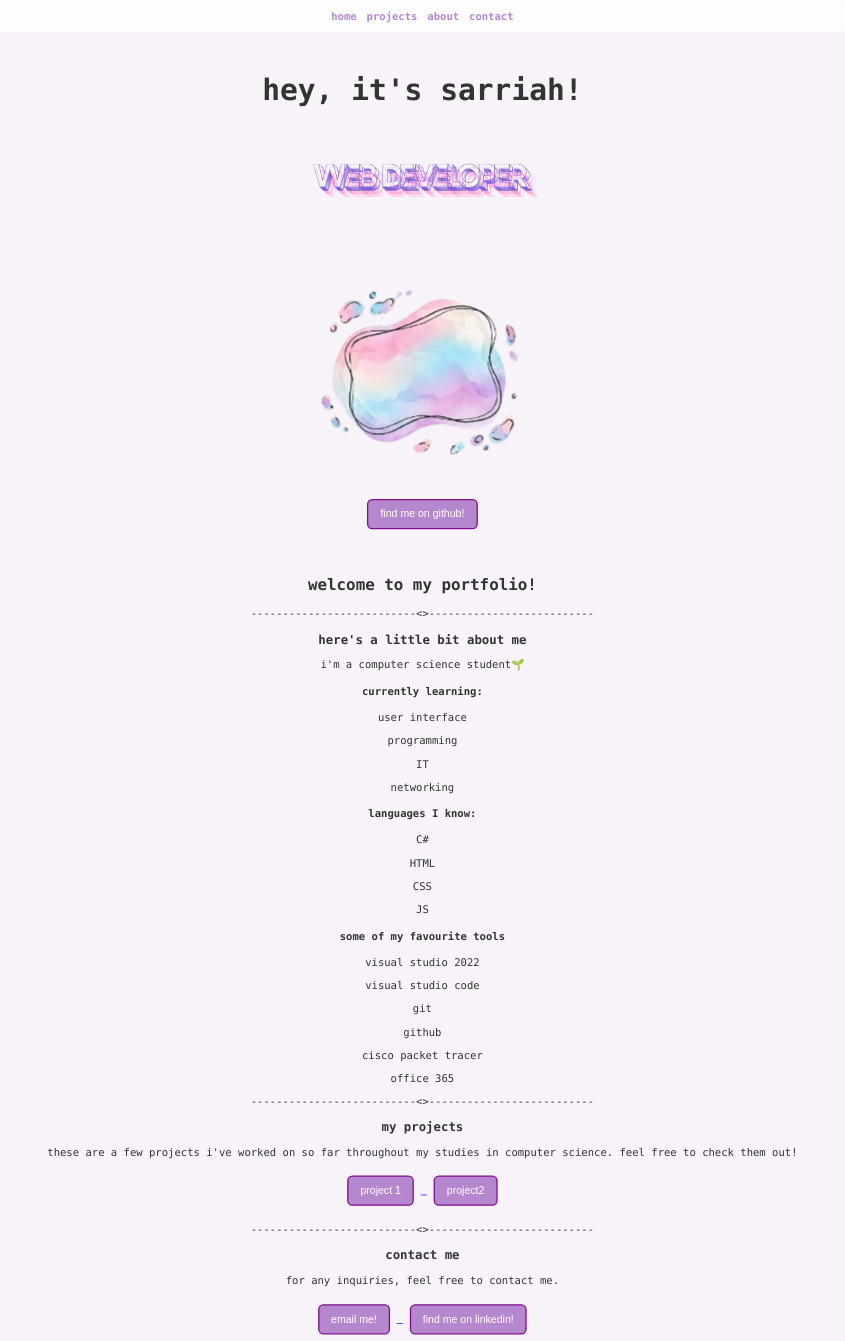
Repository: sarriah/sarriah
Page: homepage.html
The author's editor kept a copy of each file at every save. The page is drawn from the files as they stood at one save, then again after the next save.
The browser window is 1280 px wide. The pictures show the whole page, at 66% of full size.

Above is the page before, as saved 2026-05-15 19:36:43.

### homepage.html
<!DOCTYPE html>
<html lang="en">
<head>
    <meta charset="UTF-8">
    <meta name="viewport" content="width=device-width, initial-scale=1.0">
    <title>sarriah's portfolio</title>

    <!-- CSS file link ) -->
    <link rel="stylesheet" href="styles\index.css">
    <link rel="stylesheet" href="styles\style.css">
</head>

<body>

    <nav class="navBar">
        <!-- nav is good but fixing links later so they go to real sections instead of README PLUS fixing CSS-->
        <a href="homepage.html">home</a>
        <a href="#projects">projects</a>
        <a href="#about">about</a>
        <a href="#contact">contact</a>
    </nav>

    <header>

        <h1 class="hey">hey, it's sarriah!</h1>

        <img class="webdev" src="../../assets/WEBDEV2.png" alt="web development icon">

        <!-- later you might want to style this differently so it doesn’t sit right (css issue)-->
        <img class="splash" src="../../assets/thankyouGEMINI.png" alt="abstract blob design">

        <!-- adding my picture ontop of the splash-->

        <!-- buttons are good but later i might want them inside a container or smt  for better layout control -->
        <button>find me on github!</button>
    </header>

    <main>
        <!-- content should eventually go here -->
        <h2>welcome to my portfolio!</h2>
         <p>--------------------------<>--------------------------</p>
        <section id="about">
        <h3>here's a little bit about me</h3>

        <p>i'm a computer science student🌱 </p>
        <h4>currently learning:</h4>
        <p>user interface </p>
        <p>programming</p>
        <p>IT
        <p>networking</p>

        <h4>languages I know: </h4>
        <p>C#</p>
        <p>HTML </p>
        <p>CSS </p>
        <p>JS</p>

        <h4>some of my favourite tools</h4>
        <p>visual studio 2022</p>
        <p>visual studio code</p>
        <p>git</p>
        <p>github</p>
        <p>cisco packet tracer</p>
        <p>office 365</p>
        </section>

        <p>--------------------------<>--------------------------</p>
        <section id="projects">
        <h3>my projects</h3>
        <p>these are a few projects i've worked on so far throughout my studies in computer science. feel free to check them out!</p>

        <!----project links-->
        <a href="pages/project1.html">
        <button>project 1</button>
        </a>
        <a href="pages/project2.html">
        <button>project2</button>
        </a>
        </section>







         <p>--------------------------<>--------------------------</p>
    </main>

    <footer>
        <section id="contact">
        <h3>contact me</h3>
        <p>for any inquiries, feel free to contact me.</p>
        <a href="mailto:sarriahgoodridge@gmail.com">
        <button>email me!</button>
        </a>

        <a href="https://www.linkedin.com/in/sarriah-goodridge-83776b403" target="_blank">
        <button>find me on linkedin!</button>
        </a>
    </footer>

</body>
</html>

### styles/index.css

/* doing mobile design FIRST because of issues with responsive design i think this will be better*/

.splash {

    width: 90%;
    max-width: 500px;
    margin: 20px auto;
    display: block;
    opacity: 0.9;
    /*using block display lets them sit less awkwardly */

}



.hey {
    font-size: 2.2em;
    margin: 20px 0;


     /* moved from left to center *//
}



.webdev {
    width: 90%;
    max-width: 300px;
    margin: 20px auto;
    display: block;

    /* max width instead of min width */
}



/* using nav tag instead of navBar class for formatting*/
nav {
    display: flex;
    justify-content: center;
    gap: 15px;
    padding: 15px;
    background: #ffffffcc;
    backdrop-filter: blur(5px);
    position: sticky;
    top: 0;
}




.navBar { /* the class is for the design not the formatting */
    text-decoration: none;
    color: #5a3d5c;
    font-weight: bold;
    font-size: 16px;
}

nav a {
    font: inherit;
    color: inherit;
    text-decoration: none;
}




header {
    padding: 40px 20px;
}


button { /* so those b1 and b2 classes from earlier were useless i forgot we could just use the selector lol*/
    background-color: #b587cf;
    border-width: 2px; /* modifying border using these 3 different border properties */
    border-style: solid;
    border-color: rgb(130, 15, 141);
    color: white;
    padding: 12px 18px;
    font-size: 16px;
    margin: 10px;
    border-radius: 8px;
    cursor: pointer;
    transition: 0.2s ease;
}

.project-buttons{
    display: flex;
    flex-direction: column;
    gap: 10px;
}




/* new responsive design chrome dev tools tested lol */
/* Tablet  */
@media (min-width: 600px) {

    .hey {
        font-size: 2.8em;
    }

    .webdev {
        max-width: 350px;
    }
}

/* Desktop  */
@media (min-width: 900px) {

    header {
        max-width: 900px;
        margin: 0 auto;
    }

    .splash {
        max-width: 600px;
    }
}

### styles/style.css
/* moving these to style.css instead of index.css bc they are styles */

body {
    margin: 0;
    font-family:  Consolas, Arial, Verdana, sans-serif;
    background: #f7f3f9;
    color: #333;
    text-align: center;

       /* later i might switch to centered layout for a portfolio look */
}


font-face {
    font-family: Consolas;
    src: url('../fonts/Consolas.ttf') format('truetype');
    font-weight: normal;
    font-style: normal;
}

.navBar:hover {
    color: #b587cf;
}


button:hover {
    background-color: #9f6fc0;
    transform: translateY(-2px); /* this ones so cool omg */
}

html {
    scroll-behavior: smooth;
}

After the next save:
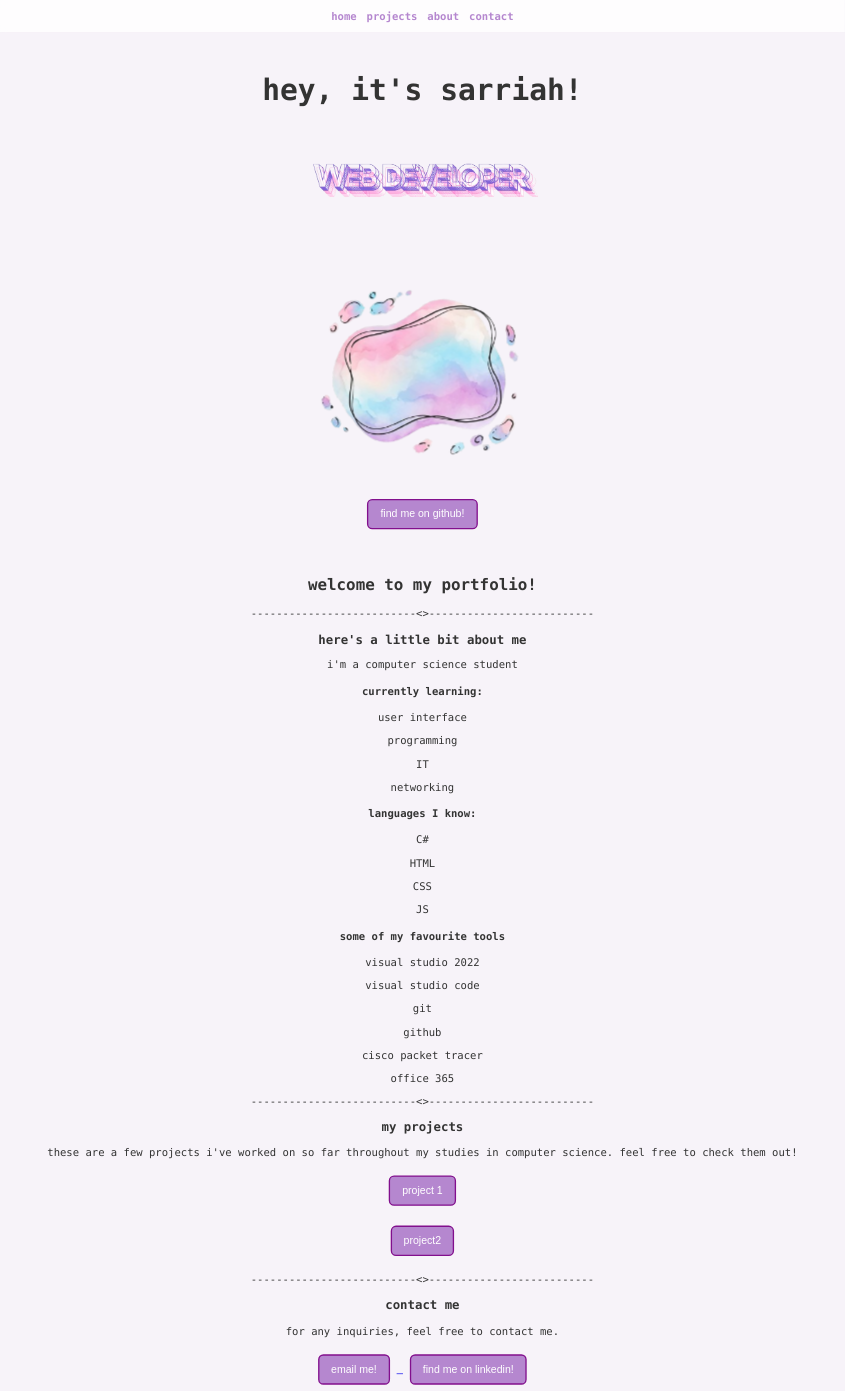
Saved 20 s later.
--- a/homepage.html
+++ b/homepage.html
@@ -18,6 +18,7 @@
         <a href="#projects">projects</a>
         <a href="#about">about</a>
         <a href="#contact">contact</a>
+        <!--okay so using ids instead to point at each section makes it so it scrolls to the right area of the page i thought that was cool-->
     </nav>
 
     <header>
@@ -42,7 +43,7 @@
         <section id="about">
         <h3>here's a little bit about me</h3>
 
-        <p>i'm a computer science student🌱 </p>
+        <p>i'm a computer science student </p>
         <h4>currently learning:</h4>
         <p>user interface </p>
         <p>programming</p>
@@ -65,17 +66,21 @@
         </section>
 
         <p>--------------------------<>--------------------------</p>
+
         <section id="projects">
         <h3>my projects</h3>
         <p>these are a few projects i've worked on so far throughout my studies in computer science. feel free to check them out!</p>
 
         <!----project links-->
+        <div class="project-buttons">
         <a href="pages/project1.html">
         <button>project 1</button>
         </a>
+
         <a href="pages/project2.html">
         <button>project2</button>
         </a>
+        </div>
         </section>
 
 
